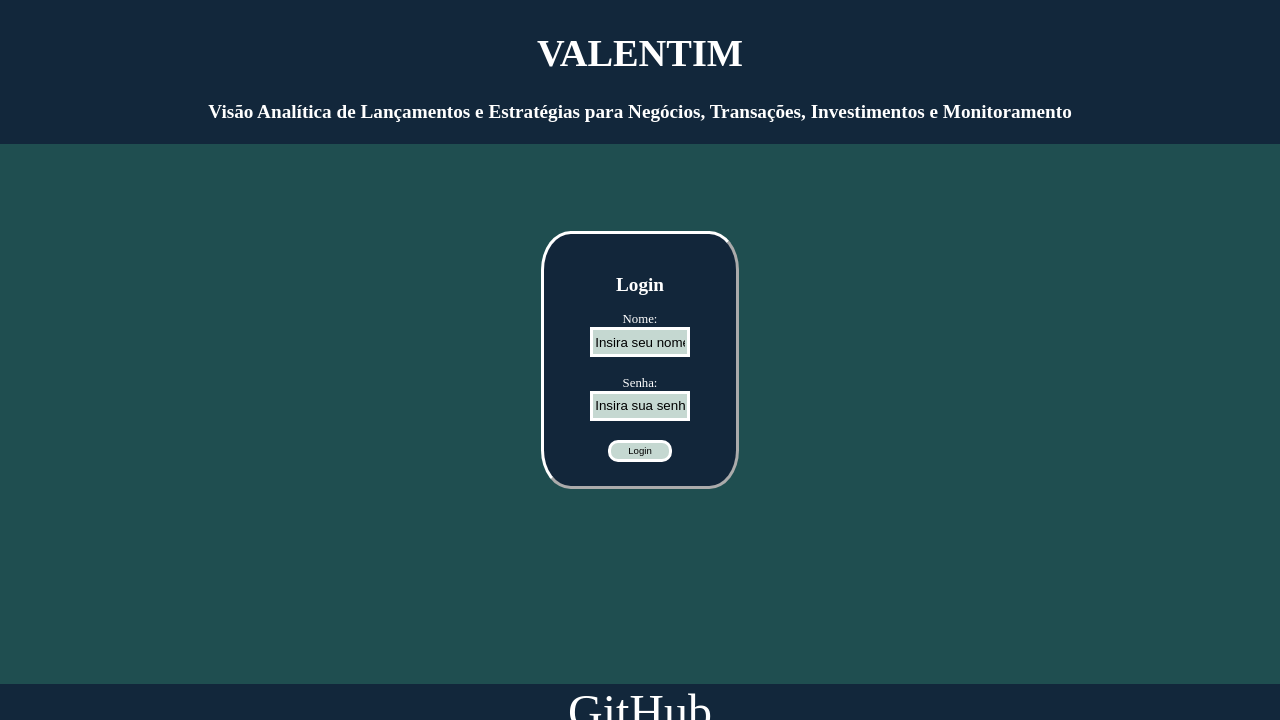
Repository: Matheus-Lacerda009/ERP-Financeiro
Page: Front/index.html
An editor plug-in stored every save of this project. The page is shown before and after the next save, followed by the edit.
The browser window is 1280 px wide. The pictures show the whole page.

Above is the page before, as saved 2026-07-13 19:28:06.

### Front/index.html
<!DOCTYPE html>
<html lang="en">
<head>
    <meta charset="UTF-8">
    <meta name="viewport" content="width=device-width, initial-scale=1.0">
    <link rel="stylesheet" href="index.css">
    <title>Login: VALENTIM</title>
</head>
<body>
    <header>
        <h1>VALENTIM</h1>
        <h2>Visão Analítica de Lançamentos e Estratégias para Negócios, Transações, Investimentos e Monitoramento</h2>
    </header>
    <main>
        <div class="container">
            <div id="divLogin">
            <h2 id="login">Login</h2>
                <form id="formLogin">
                    <label for="inputNome">Nome:</label>
                    <br>
                    <input type="text" placeholder="Insira seu nome" id="inputNome">
                    <br>
                    <label for="inputSenha">Senha:</label>
                    <br>
                    <input type="password" placeholder="Insira sua senha" id="inputSenha">
                    <br>
                    <button type="submit" id="botaoEnvio">Login</button>
                </form>
            </div>
        </div>
    </main>
    <footer>
        <a href="https://github.com/Matheus-Lacerda009/ERP-Financeiro.git" id="github">GitHub</a>
    </footer>
</body>
<script src="index.js"></script>
</html>

### Front/index.css
header{
    position: fixed;
    top: 0;
    left: 0;
    width: 100%;
    height: 20%;
    background-color: #12263af3;
    text-align: center;
    align-content: center;
}

footer{
    position: fixed;
    bottom: 0;
    left: 0;
    width: 100%;
    height: 5%;
    background-color: #12263af3;
    text-align: center;
    align-content: center;
}

#github{
    color: white;
    font-size: 300%;
}

h1{
    font-size: 300%;
    color: white;
    font-size: 3vw;
}

header, h2{
    color: white;
    font-size: 1.5vw;
}

body{
    margin: 0;
    padding: 0;
    background-color: #1f4e50;
}

.container{
    display: flex;
    justify-content: center;
    align-items: center;
    height: 100vh;
    flex-direction: column;
}

#divLogin{
    top: 50%;
    left: 50%;
    width: 15%;
    height: 35%;
    justify-content: center;
    align-content: center;
    text-align: center;
    background-color: #12263A;
    border: 3px outset white;
    border-radius: 15%;
}

#botaoEnvio{
    width: 5vw;
    height: 3vh;
    transition: .5s;
    background-color: #C5D8D1;
    border: 3px solid white;
    border-radius: 10px;
    color: black;
    font-size: .75vw;
}

input::placeholder{
    text-align: center;
    color: black;
    transition: .5s;
}

input:hover::placeholder{
    color: white;
}

#inputNome, #inputSenha{
    margin-bottom: 10%;
    height: 3vh;
    width: 7vw;
    transition: .5s;
    background-color: #C5D8D1;
    border: 3px solid white;
    color: black;
}

#botaoEnvio:hover{
    background-color: #2f7a7c;
    height: 4vh;
    width: 6vw;
    color: white;
}

#inputNome:hover, #inputSenha:hover{
    background-color: #2f7a7c;
    color: white;
}

#formLogin, label{
    color: white;
    font-size: 1vw;
}

#login{
    color: white;
}

### Front/index.js
document.getElementById("formLogin").addEventListener("submit", async (event) => {
    event.preventDefault();
    try{
        const nome = document.getElementById("inputNome").value;
        const senha = document.getElementById("inputSenha").value;
        const resposta = await fetch(`http://localhost:8085/login?nome=${nome}&senha=${senha}`);
        const retorno = await resposta.json();
        if(retorno){
            window.location.href = "menu/menu.html";
        }
    } catch(erro){
        console.log(erro);
    }
});

After the next save:
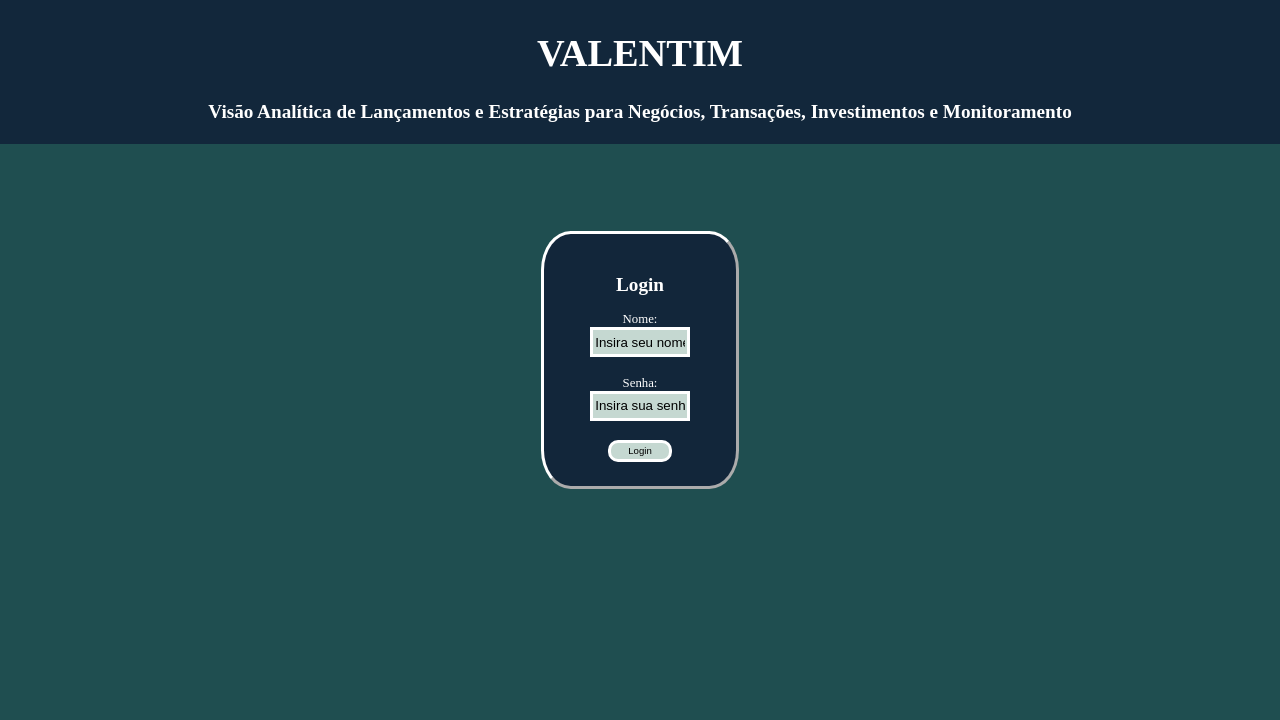
Saved 5 s later.
--- a/Front/index.css
+++ b/Front/index.css
@@ -14,7 +14,7 @@ footer{
     bottom: 0;
     left: 0;
     width: 100%;
-    height: 5%;
+    height: 0%;
     background-color: #12263af3;
     text-align: center;
     align-content: center;
